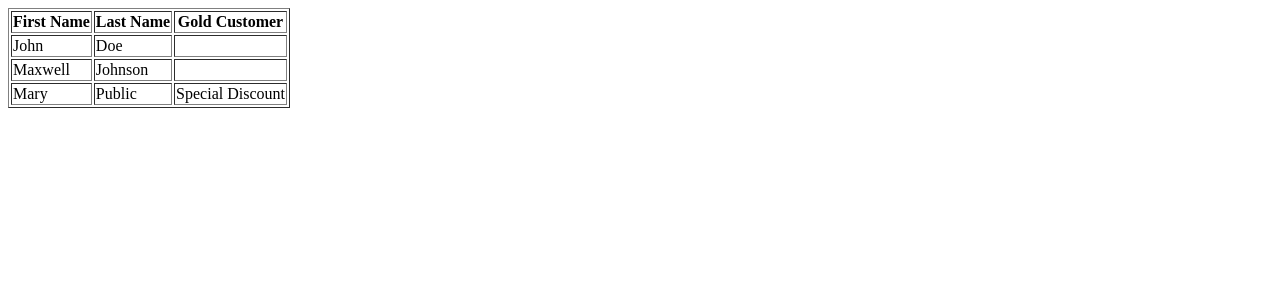
Repository: souptikmaiti/j2ee-practice
Page: http://localhost/tagdemo/if-student-test.jsp
These files come from the project's save history. The page is drawn as it stood at one moment and after the next save; the edit follows.
The browser window is 1280 px wide. The pictures show the whole page.
The page is served by Tomcat 9.

Above is the page before, as saved 2021-01-10 06:01:34.

### tagdemo/WebContent/if-student-test.jsp
<%@ taglib uri="http://java.sun.com/jsp/jstl/core" prefix="c" %>
<%@ page import="com.tagdemo.jsp.Student, java.util.*" %>

<%

	// create sample data.... normally provided by MVC


	List<Student> data = new ArrayList<>();

	data.add(new Student("John", "Doe", false));
	data.add(new Student("Maxwell", "Johnson", false));
	data.add(new Student("Mary", "Public", true));

	pageContext.setAttribute("allStudents", data);

%>

<html>

<body>

	<table border="1">

		<tr>
			<th>First Name</th>
			<th>Last Name</th>
			<th>Gold Customer</th>
		</tr>

		<c:forEach var="student" items="${allStudents}">
			<tr>
				<td>${student.fName}</td>
				<td>${student.lName}</td>
				<td>
					<c:if test="${student.goldCustomer}">
						Special Discount
					</c:if>
				</td>
			</tr>
		</c:forEach>

	</table>

</body>
</html>

### tagdemo/src/com/tagdemo/jsp/Student.java
package com.tagdemo.jsp;

public class Student {

	private String fName;
	private String lName;
	private boolean goldCustomer;

	public Student(String fName, String lName, boolean goldCustomer) {
		super();
		this.fName = fName;
		this.lName = lName;
		this.goldCustomer = goldCustomer;
	}

	public String getfName() {
		return fName;
	}

	public void setfName(String fName) {
		this.fName = fName;
	}

	public String getlName() {
		return lName;
	}

	public void setlName(String lName) {
		this.lName = lName;
	}

	public boolean isGoldCustomer() {
		return goldCustomer;
	}

	public void setGoldCustomer(boolean goldCustomer) {
		this.goldCustomer = goldCustomer;
	}
}

After the next save:
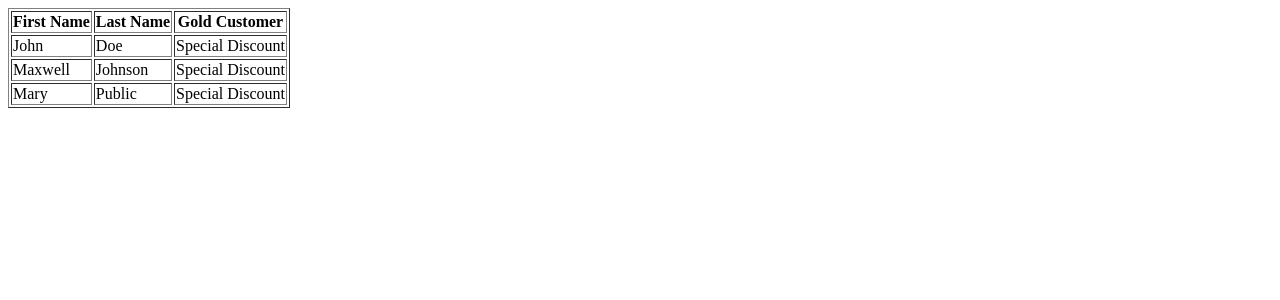
Saved 4 min 26 s later.
--- a/tagdemo/WebContent/if-student-test.jsp
+++ b/tagdemo/WebContent/if-student-test.jsp
@@ -36,6 +36,9 @@
 					<c:if test="${student.goldCustomer}">
 						Special Discount
 					</c:if>
+					<c:if test="${not student.goldCustomer}">
+						Special Discount
+					</c:if>
 				</td>
 			</tr>
 		</c:forEach>

After the save that followed:
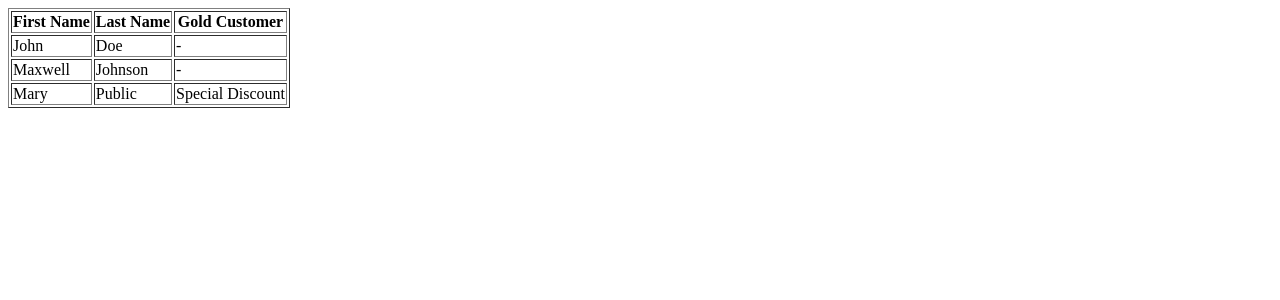
Saved 16 s later.
--- a/tagdemo/WebContent/if-student-test.jsp
+++ b/tagdemo/WebContent/if-student-test.jsp
@@ -37,7 +37,7 @@
 						Special Discount
 					</c:if>
 					<c:if test="${not student.goldCustomer}">
-						Special Discount
+						-
 					</c:if>
 				</td>
 			</tr>
